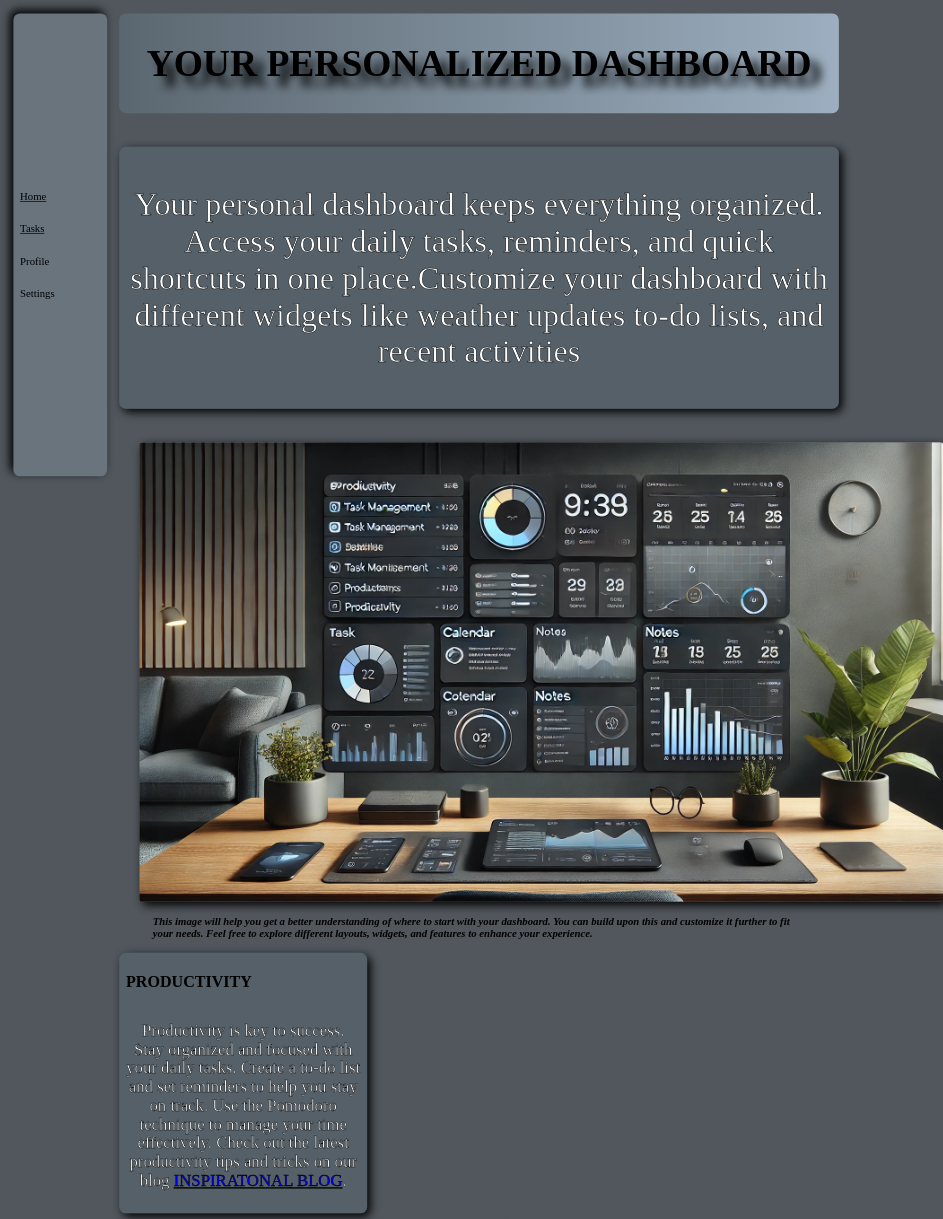
Repository: Parnicoza/testecomplete
Page: testcomplet-14.html
An editor plug-in stored every save of this project. The page is shown before and after the next save, followed by the edit.
The browser window is 1280 px wide. The page is 1408 px wide, so the pictures cover 1408 px, including what lies to the right of the window. The pictures show the whole page, at 67% of full size.

Above is the page before, as saved 2025-02-28 13:36:54.

After the next save:
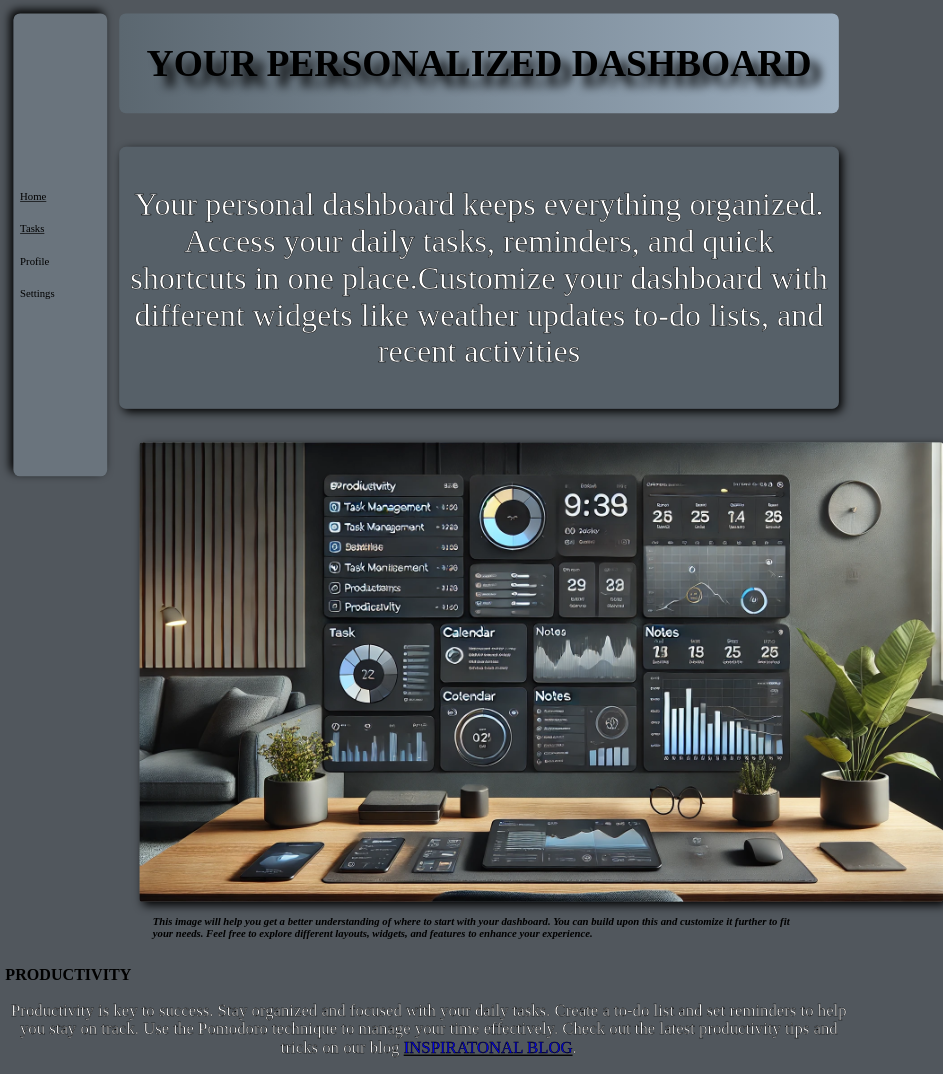
Saved 52 s later.
--- a/testcomplet-14.html
+++ b/testcomplet-14.html
@@ -44,7 +44,7 @@
         </div>
     </div>
 
-    <div class="block1">
+    <div class="blocks">
         <h2 class="headingforblock1">Productivity</h2>
         <p class="paragraph-gradient1">Productivity is key to success. Stay organized and focused with your daily tasks.
             Create a to-do list and set reminders to help you stay on track. Use the Pomodoro technique to manage your

After the save that followed:
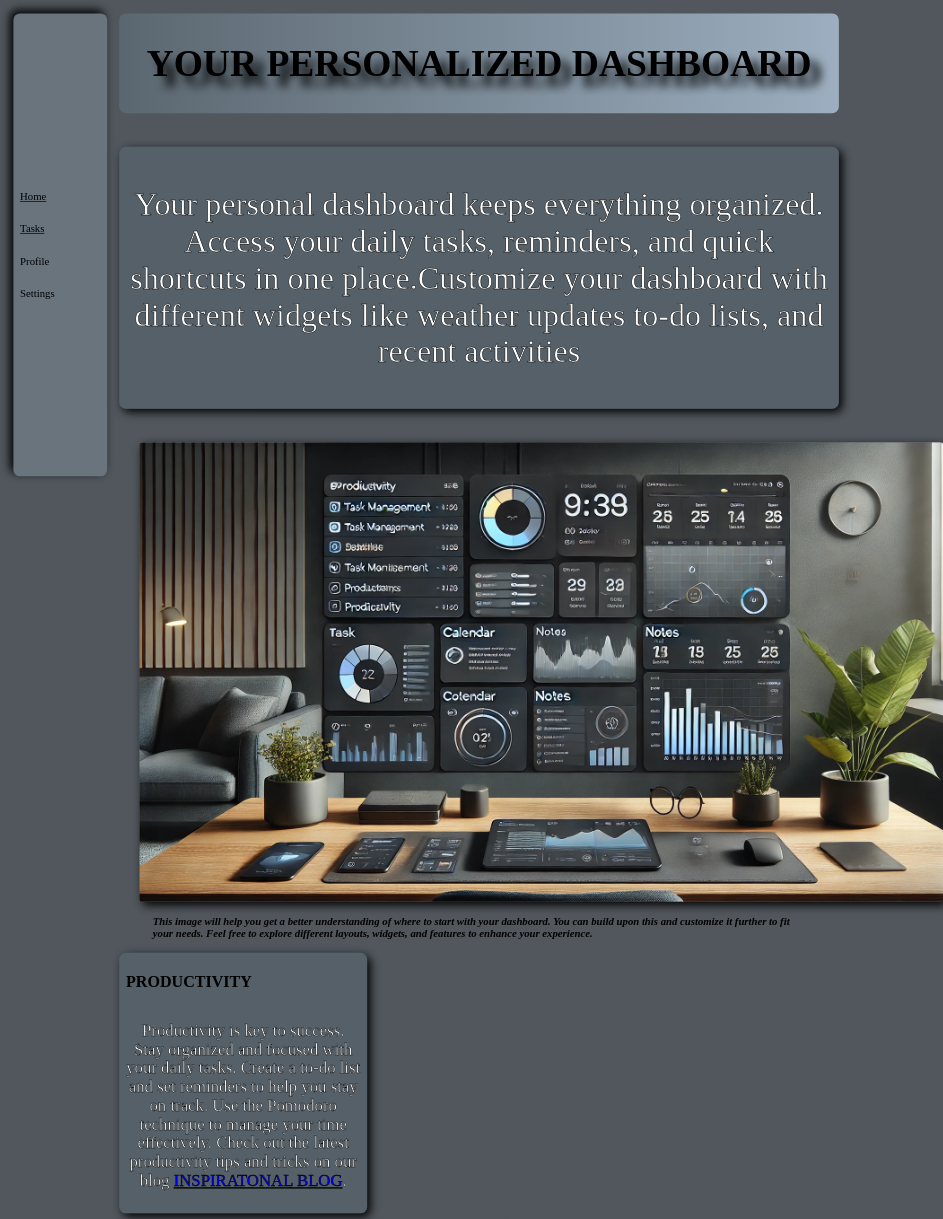
Saved 15 s later.
--- a/stilizaretestcomplet-14.css
+++ b/stilizaretestcomplet-14.css
@@ -112,7 +112,7 @@ body{
     color: black;
 }
 
-.block1{
+.blocks{
 display: flex;
 flex-direction: column;
 justify-content: center;
